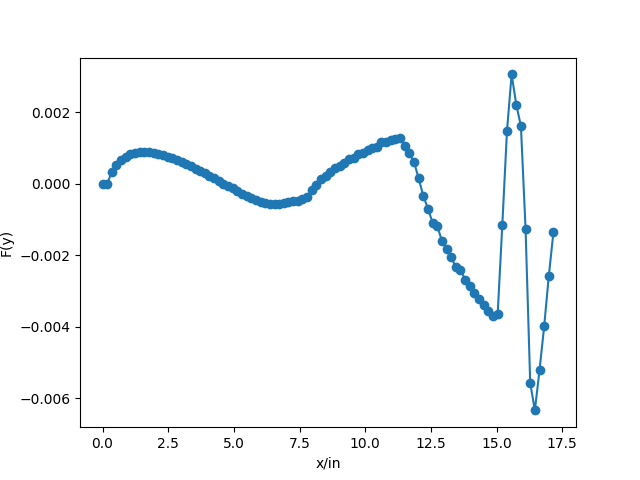
Repository: leiradom/Modified-linear-theory
Script's output: python 2_F_function.py
The author's editor kept a copy of each file at every save. The script's output is drawn from the files as they stood at one save, then again after the next save.
Random numbers start from a fixed seed.

Above is the script's output before, as saved 2021-04-05 14:27:57.

### 2_F_function.py
#本程序实现求解无升力构型的F函数
#同时求解出未经修正的压力信号
#F函数是无量纲的

import math
import numpy as np
import matplotlib.pyplot as plt


M = 1.68                    #输入马赫数
P0 = 101325                 #输入大气静压
gama = 1.4                  #比热比
B = math.sqrt(M * M - 1)    #修正因子
k = (1 / math.sqrt(2)) * (gama + 1) * M**4 * B**(-1.5)   #特征性系数k
r0 = 63.072                      #r0为计算的位置  DWB为63.072
con = (gama * M**2)/(math.sqrt(2 * B * r0))


volume = np.loadtxt("se.txt",dtype=np.float64)   #存放体积分布的数据文件
#Lift = np.loadtxt("volume.txt",dtype=np.float64)    #存放升力分布的数据文件
#cau = np.loadtxt("cauchy.txt",dtype=np.float64)      #积分含有哑元的存放

a = len(volume)        #a为b的长度
#print(a)              #检查文件长度

X = np.ones(a)     #存放x的数组
Y = np.ones(a)     #存放y的数组
Y0 = np.ones(a)    #存放含哑元的表达式的值


#提取体积分布数据中的两列数据
for i in range(0,a):
    c = volume[i][0]
    d = volume[i][1]
    #ca = cau[i][1]
    X[i] = c
    Y[i] = d
    #Y0[i] = ca

#print(X)
#print(Y)

#通过变上限积分求解F函数，积分使用梯形公式
F = np.ones(a, dtype=np.float64)   #产生一个长度为a的初始化数组
X1 = np.ones(a, dtype=np.float64)
delta_P = np.ones(a, dtype=np.float64)
X1[0] = 0.0        #强制F的第一个值为0
delta_P[0] = 0.0   #强制F的第一个值为0
F[0] = 0.0         #强制F的第一个值为0


for i in range(1,a):
    #内层积分，积到x
    s = 0
    for j in range(0,i-1):
        s0 =Y[j+1] * ((1 / math.sqrt(X[i]-X[j+1])) + Y[j] * (1 / math.sqrt(X[i]-X[j])) * (X[j + 1] - X[j]) / (2))
        #s0 = (((Y0[j+1] + Y0[j]) * (X[j + 1] - X[j])) / (2))    #第(j+1)个梯形的面积
        s = s0 + s    #S为最后的积分
    #内层积分，积到x
    F[i] = (1/(2 * math.pi)) * s / 170   #乘以外面的一个
    #print(X[i],F[i])
    delta_P[i] = con * F[i]
    #print(delta_P[i])
    X1[i] = (B * r0 - k * F[i] * math.sqrt(r0) + X[i])
    print(X1[i]-B * r0,delta_P[i])



#将计算结果输出


#绘制F函数的图像
plt.plot(X, F,'-o')
plt.xlabel("x/in")
plt.ylabel('F(y)')
plt.show()


'''

X0 = np.zeros(a)
for i in range(1,a):
    X0[i] = X1[i] - B * r0

#绘制未修正的过压的图像
plt.plot(X0, delta_P,'-o',c='b')
plt.xlabel("x/in")
plt.ylabel('dp/p')
plt.show()

'''

#delta_P = np.ones[a]    #储存过压的数组
#delta_P[i] = P0 * ((gama * M * M)/(math.sqrt(2 * B * r0))) * F[i]

### se.txt
0.0 0.159284366464419
0.176969695 0.1502043978440817
0.35393939 0.1312410734763661
0.530909086 0.1159926815537626
0.707878781 0.10523361429077796
0.884848476 0.09314827411855459
1.061818171 0.08024977325326794
1.238787866 0.06872804205500341
1.415757562 0.05782660651362579
1.592727257 0.04793347720022513
1.769696952 0.038808875961720134
1.946666647 0.0284980895936275
2.123636342 0.0207769724359391
2.300606038 0.011620118429557288
2.477575733 0.004376602864828017
2.654545428 -0.004049839974148001
2.831515123 -0.010142029461434098
3.008484818 -0.01694964398157163
3.185454514 -0.023559832468043183
3.362424209 -0.028925520214344854
3.539393904 -0.03559435009695246
3.716363599 -0.039403108775879915
3.893333294 -0.04520469756677152
4.07030299 -0.04894406392694216
4.247272685 -0.053172434373764135
4.42424238 -0.05803087404349028
4.601212075 -0.060170959216864155
4.77818177 -0.06382953076458213
4.955151466 -0.06684435009695008
5.132121161 -0.07277788202915232
5.309090856 -0.07733920529179496
5.486060551 -0.07064235785326038
5.663030246 -0.06448370811700999
5.839999942 -0.0721904907112028
6.016969637 -0.06268015940034602
6.193939332 -0.05250131617355859
6.370909027 -0.04693852817914293
6.547878722 -0.04184845499468682
6.724848418 -0.027904182564998003
6.901818113 -0.01950347678322244
7.078787808 -0.018867869206229175
7.255757503 -0.013392065949415864
7.432727198 -0.0001035997998370917
7.609696894 0.008286680844853404
7.786666589 0.07551285158774657
7.963636284 0.08013802881507863
8.140605979 0.0971326312003513
8.317575674 0.08160960207251823
8.49454537 0.08342357592627087
8.671515065 0.09494856497988353
8.848484935 0.07716621317320103
9.02545463 0.0862461817935425
9.202424326 0.09743333124830238
9.379394021 0.07799175371656954
9.556363716 0.09853578949562676
9.733333411 0.0758855502387402
9.910303106 0.09073876430849251
10.0872728 0.08757962198453627
10.2642425 0.07608818884093606
10.44121219 0.1254925877275203
10.61818189 0.06640323648381763
10.79515158 0.08903295125205168
10.97212128 0.08810055305352509
11.14909097 0.07688994704030935
11.32606067 -0.036713423406522436
11.50303036 -0.06725060465795256
11.68000006 -0.10357634327891796
11.85696975 -0.22441312993890072
12.03393945 -0.2911981870686614
12.21090914 -0.2732649965597089
12.38787884 -0.3117963032463872
12.56484853 -0.19687480452867887
12.74181823 -0.327421303246386
12.91878792 -0.2801420033985942
13.09575762 -0.28040295761139034
13.27272732 -0.3079093560392856
13.44969701 -0.22931164122933556
13.62666671 -0.3019653989699911
13.8036364 -0.28440295239882507
13.9806061 -0.2814128927670414
14.15757579 -0.28163116907487207
14.33454549 -0.28180644169220515
14.51151518 -0.28196737974604624
14.68848488 -0.2822361528116635
14.86545457 -0.17916379975396388
15.04242427 0.9508734961739754
15.21939396 1.2613363592293725
15.39636366 1.0477513630866766
15.57333335 0.11031586862242164
15.75030305 1.2705635827848888e-05
15.92727274 -1.1317691718271072
16.10424244 -2.3270701064406527
16.28121213 -1.2497950808990608
16.45818183 -0.15515829267530268
16.63515152 0.18412518765247016
16.81212122 0.45929374908780074
16.98909091 0.5364863508892637
17.16606061 0.6011248071349639

After the next save:
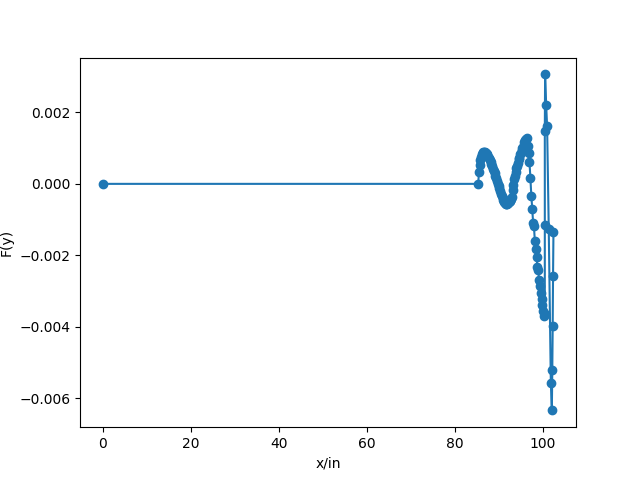
Saved 32 min 45 s later.
--- a/2_F_function.py
+++ b/2_F_function.py
@@ -70,7 +70,7 @@ for i in range(1,a):
 
 
 #绘制F函数的图像
-plt.plot(X, F,'-o')
+plt.plot(X1, F,'-o')
 plt.xlabel("x/in")
 plt.ylabel('F(y)')
 plt.show()
